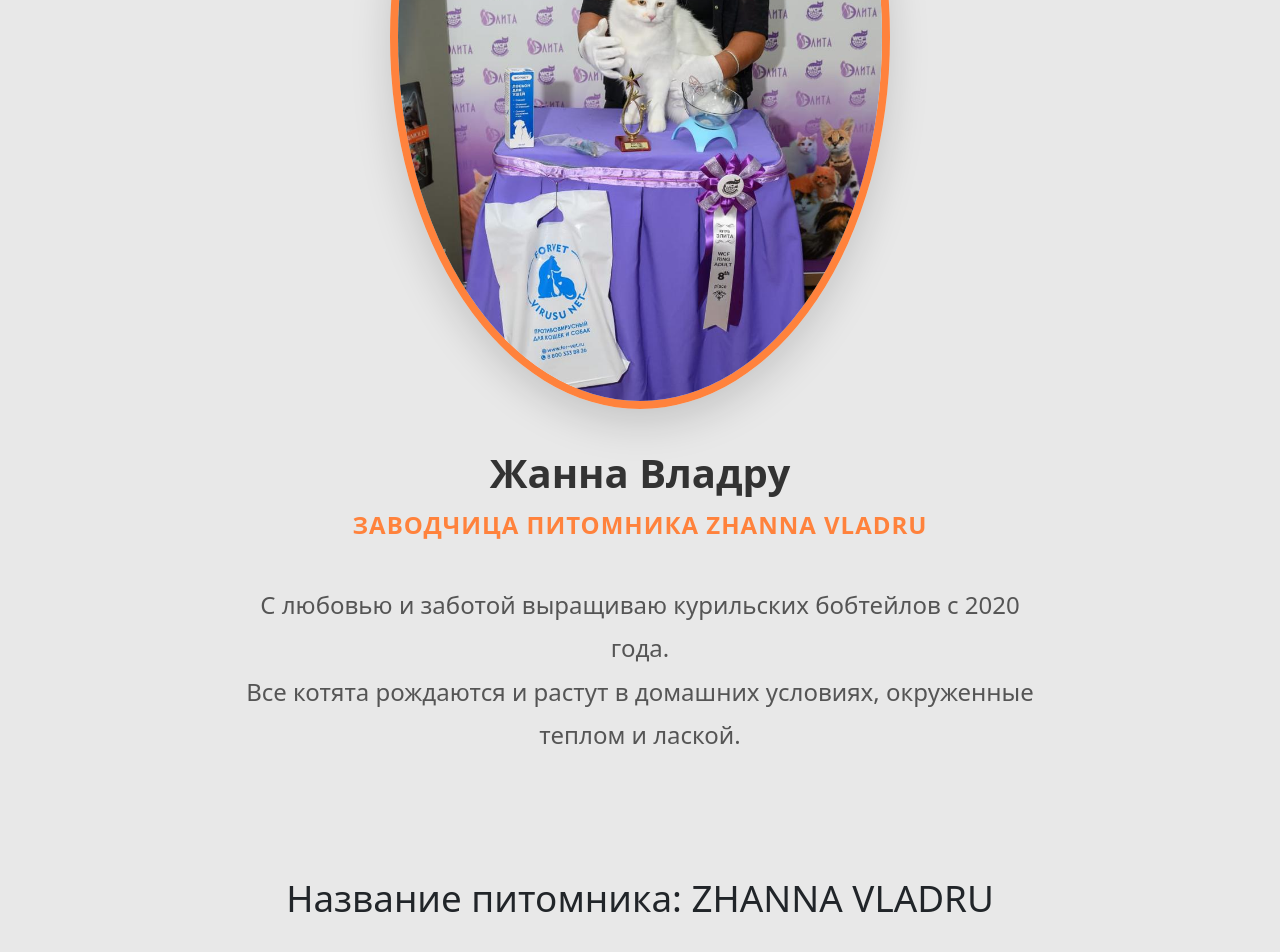
Repository: uliana007/Kuril-bobtails
Page: pages/benefits.html
The author's editor kept a copy of each file at every save. The page is drawn from the files as they stood at one save, then again after the next save.
The browser window is 1280 px wide. The pictures show the part of the page from y = 688 to 1640 px (the page is 2949 px tall).
A picture or video elsewhere on the page could not be fetched, so the positions and the page height are approximate.

Above is the page before, as saved 2025-11-27 19:05:05.
Console error: TypeError: Cannot read properties of null (reading 'addEventListener')

After the next save:
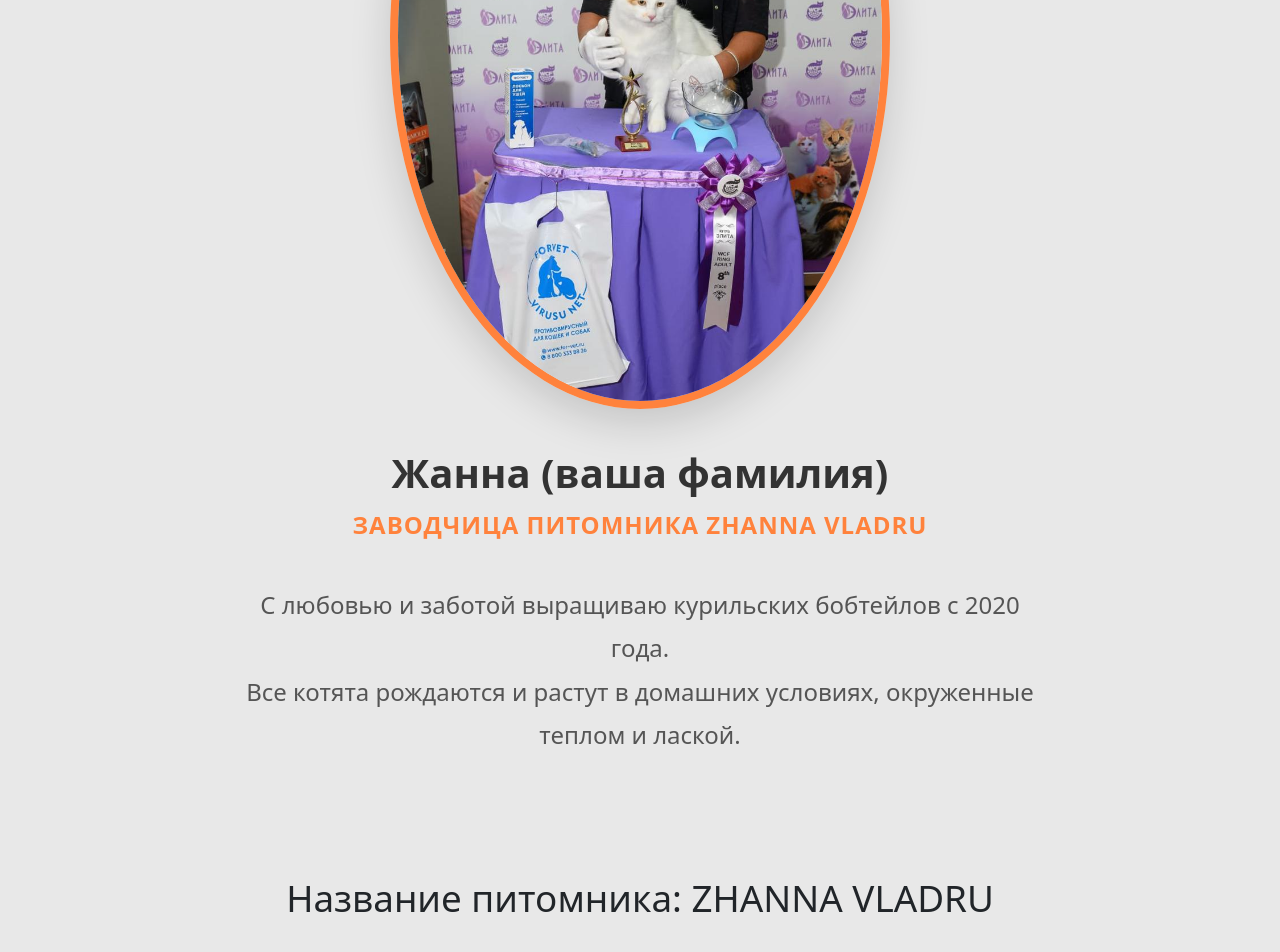
Saved 32 s later.
--- a/pages/benefits.html
+++ b/pages/benefits.html
@@ -181,7 +181,7 @@
             <img src="/image/new-image2025/breeder.jpeg" alt="Заводчица питомника ZHANNA VLADRU" class="breeder-photo">
         </div>
         <div class="breeder-info text-center">
-            <h3 class="breeder-name">Жанна Владру</h3>
+            <h3 class="breeder-name">Жанна (ваша фамилия)</h3>
             <p class="breeder-title">Заводчица питомника ZHANNA VLADRU</p>
             <p class="breeder-text">
                 С любовью и заботой выращиваю курильских бобтейлов с 2020 года.<br>
